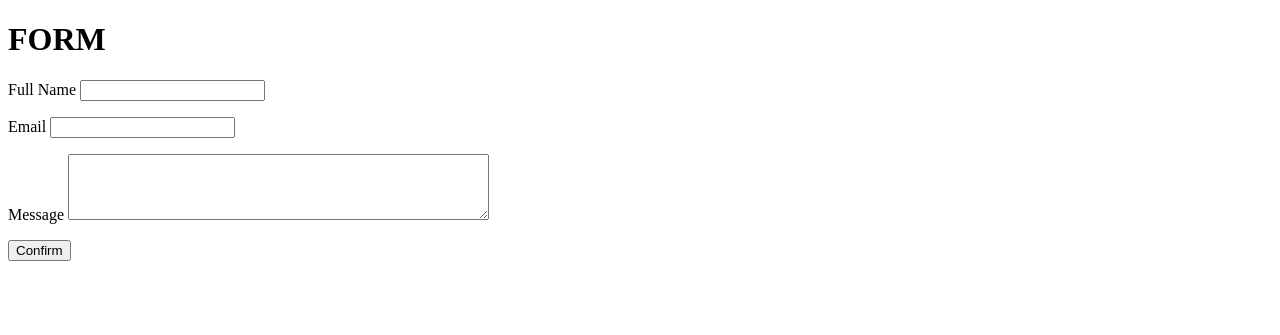
Repository: MicTomm/corso-frontend
Page: HTML/prova2/index.html
The author's editor kept a copy of each file at every save. The page is drawn from the files as they stood at one save, then again after the next save.
The browser window is 1280 px wide. The pictures show the whole page.

Above is the page before, as saved 2023-11-08 10:13:22.

After the next save:
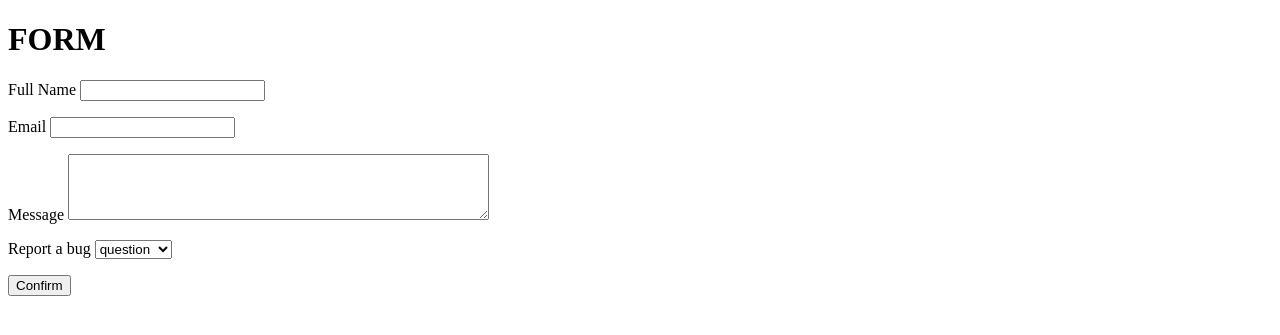
Saved 2 min 50 s later.
--- a/HTML/prova2/index.html
+++ b/HTML/prova2/index.html
@@ -24,10 +24,20 @@
           <label for="message">Message</label>
           <textarea id="message" name="message" rows="4" cols="50"></textarea>
         </p>
-        <!-- <p>
-        <label for="password">Password</label>
-        <input type="password" id="password" name="password" minlength="6" required>
-      </p> -->
+        <p>
+          <label for="cars">Report a bug</label>
+
+          <select name="sports" id="sports">
+            <option value="question">question</option>
+            <option value="feedback">feedback</option>
+            <option value="report">report</option>
+          </select>
+        </p>
+        <!--
+          <p>
+            <label for="password">Password</label>
+            <input type="password" id="password" name="password" minlength="6" required>
+          </p> -->
       </section>
       <button>Confirm</button>
     </form>
